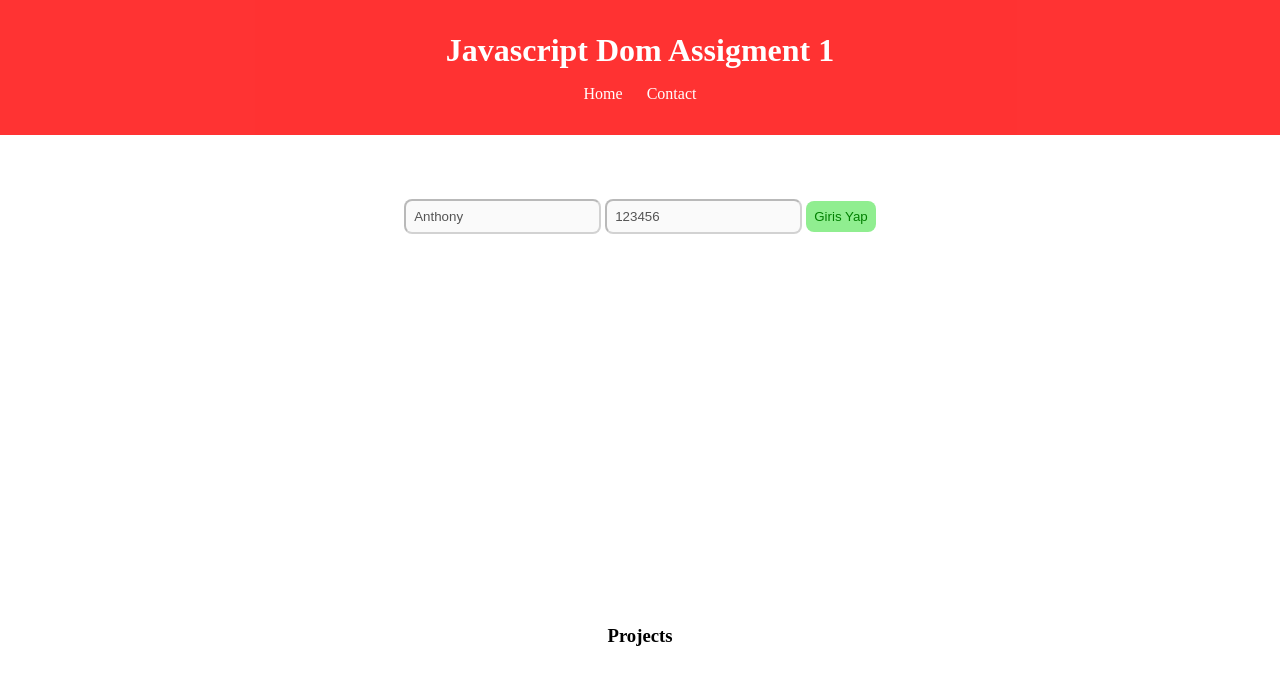
Repository: haakanerol/haakanerol
Page: Js.ass1/index.html
The author's editor kept a copy of each file at every save. The page is drawn from the files as they stood at one save, then again after the next save.
The browser window is 1280 px wide. The pictures show the whole page.

Above is the page before, as saved 2024-02-25 16:25:43.

### Js.ass1/index.html
<!DOCTYPE html>
<html lang="en">
<head>
    <meta charset="UTF-8">
    <meta name="viewport" content="width=device-width, initial-scale=1.0">
    <title>Document</title>
    <style>
        * {
            margin: 0;
            padding: 0;
            box-sizing: border-box;
        }
        main {
            display: flex;
            flex-direction: column;
            justify-content: space-between;
            align-items: center;
            height: 80vh;
            padding: 4rem;
        }
    </style>
</head>
<body>
    <header class="header">
        <h1 id="title">aaa</h1>
        <nav>
            <ul class="nav-item">
                <li id="home">Home</li>
                <li>Contact</li>
            </ul>
        </nav>
    </header>
    <main>
        <section>
            <input type="text" id="username">
            <input type="password" id="password">
            <button class="btn">Login</button>
        </section>
        <section id="projects">
            <h3>Projects</h3>
            <ul>
            </ul>
        </section>
    </main>
    <script src="app.js"></script>
</body>
</html>

### Js.ass1/app.js
newHeader = document.querySelector(".header")
newHeader.style.backgroundColor = "red"
newHeader.style.opacity = "0.8"
newHeader.style.color = "white"
newHeader.style.textAlign = "center"
newHeader.style.padding = "2rem"

newTitle = document.getElementById("title")
newTitle.textContent = "Javascript Dom Assigment 1"
newTitle.style.marginBottom = "1rem"

newNavItem = document.querySelector(".nav-item")
newNavItem.style.display = "flex"
newNavItem.style.justifyContent = "center"
newNavItem.style.gap = "1.5rem"
newNavItem.style.listStyle = "none"

newUsername = document.querySelector("#username")
newPassword = document.querySelector("#password")
newUsername.value = "Anthony"
newPassword.value = "123456"
newPassword.type = "number"
newUsername.disabled = "true"
newPassword.disabled = "true"
newUsername.style.padding = ".5rem"
newUsername.style.borderRadius = ".5rem"
newPassword.style.padding = ".5rem"
newPassword.style.borderRadius = ".5rem"

newBtn = document.querySelector(".btn")
newBtn.style.backgroundColor = "lightgreen"
newBtn.style.color = "green"
newBtn.style.padding = " .5rem"
newBtn.style.border = "none"
newBtn.style.borderRadius = ".5rem"
newBtn.style.cursor = "pointer"
newBtn.textContent = " Giris Yap"

newProjects = document.getElementById("projects")
newProjects.firstElementChild.textContent

After the next save:
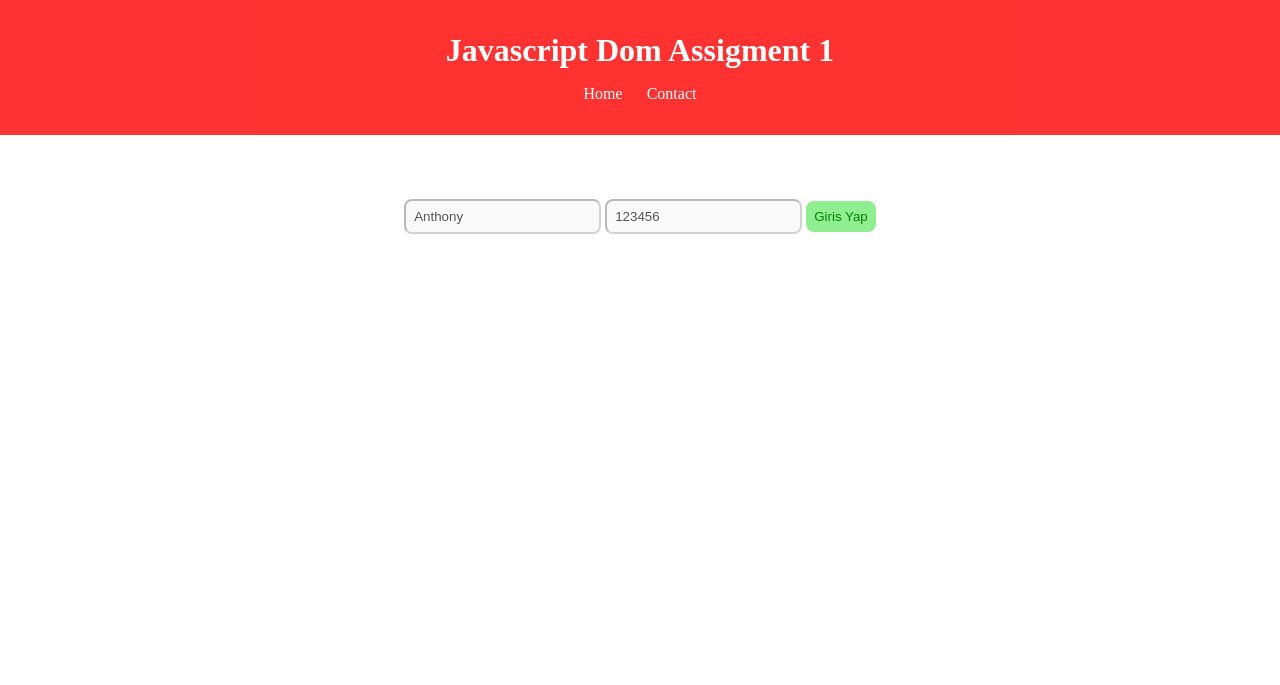
Saved 4 s later.
--- a/Js.ass1/app.js
+++ b/Js.ass1/app.js
@@ -37,4 +37,4 @@ newBtn.style.cursor = "pointer"
 newBtn.textContent = " Giris Yap"
 
 newProjects = document.getElementById("projects")
-newProjects.firstElementChild.textContent
+newProjects.firstElementChild.textContent = ""
